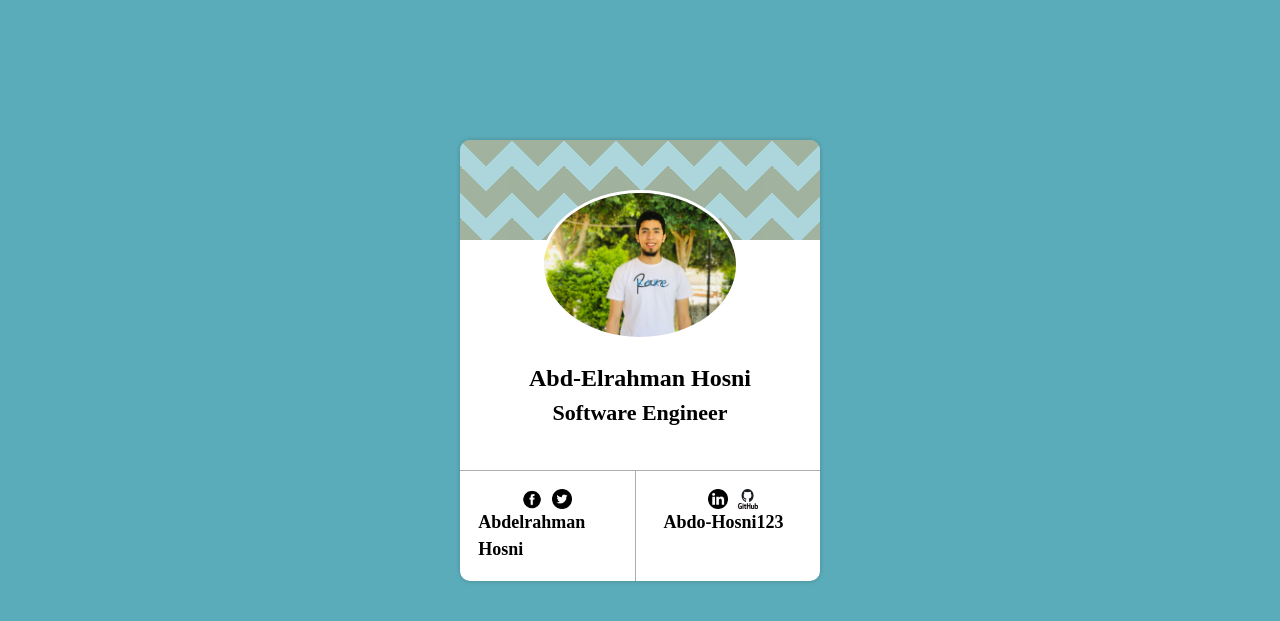
Repository: Abdo-Hosni123/Html-and-css-projects
Page: index.html
The author's editor kept a copy of each file at every save. The page is drawn from the files as they stood at one save, then again after the next save.
The browser window is 1280 px wide. The pictures show the whole page.

Above is the page before, as saved 2023-12-06 01:22:23.

After the next save:
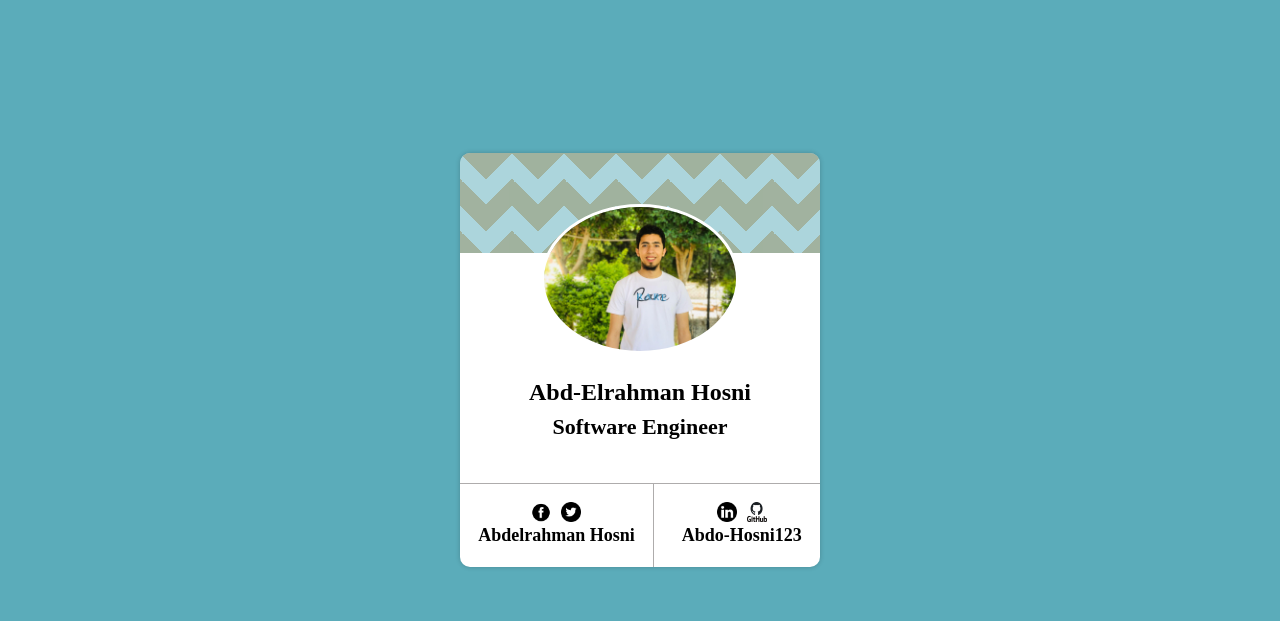
Saved 38 s later.
--- a/Style.css
+++ b/Style.css
@@ -102,11 +102,9 @@ h6 {
   gap: 10px;
   margin-top: 30px;
   border-top: 1px solid rgb(174, 172, 172);
-  flex: 1;
 }
 .colum {
   padding: 18px;
-  flex: 1;
 }
 .colum:nth-child(1) {
   border-right: 1px solid rgb(174, 172, 172);
